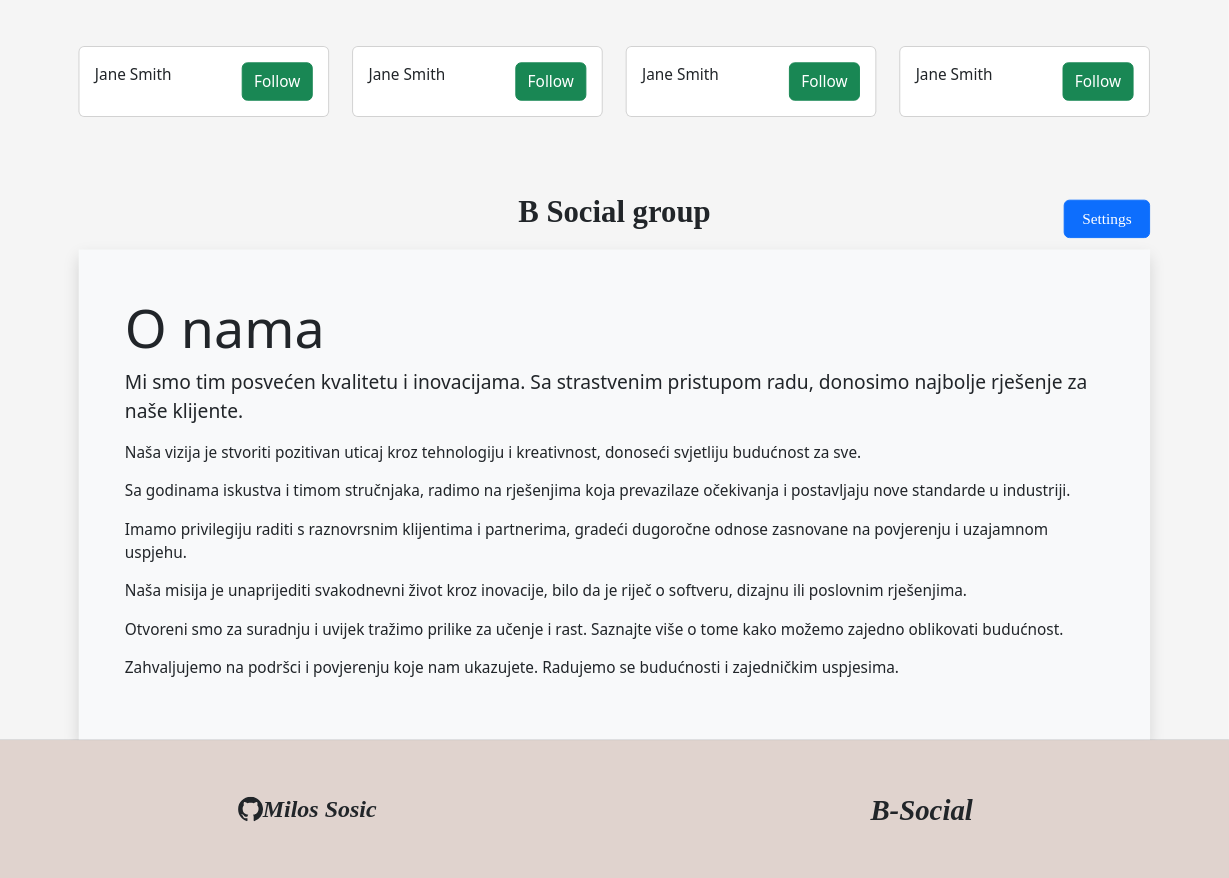
Repository: mcedo1/b-Social-app
Page: /aboutUs
The author's editor kept a copy of each file at every save. The page is drawn from the files as they stood at one save, then again after the next save.
The browser window is 1280 px wide. The pictures show the whole page, at 96% of full size.
The project was rebuilt for these pictures with package versions that can differ from the ones it lists, and the page was loaded fresh each time. Also part of the build but not shown: src/components/log.reg.component/Login.js, src/components/log.reg.component/Registration.js, src/components/submain.component/Submain.css, src/components/submain.component/Comment.js, src/components/submain.component/Modal.js, src/components/submain.component/Post.js, src/components/submain.component/followers.component/FollowerComponet.js, src/components/submain.component/Submain.js and 1 more.

Above is the page before, as saved 2024-02-03 15:03:28.

### src/index.js
import React from 'react';
import ReactDOM from 'react-dom/client';
import './index.css';
import App from './App';
import reportWebVitals from './reportWebVitals';
import {
  BrowserRouter as Router
} from "react-router-dom";
import 'bootstrap/dist/css/bootstrap.min.css';
import 'react-toastify/dist/ReactToastify.css';

const root = ReactDOM.createRoot(document.getElementById('root'));
root.render(
  <React.StrictMode>
    <Router>
      <App />
    </Router>
  </React.StrictMode>
);

// If you want to start measuring performance in your app, pass a function
// to log results (for example: reportWebVitals(console.log))
// or send to an analytics endpoint. Learn more: https://bit.ly/CRA-vitals
reportWebVitals();

### src/App.js
import './App.css';
import Footer from './components/footer.component/Footer';
import Login from './components/log.reg.component/Login';
import Registration from './components/log.reg.component/Registration';
import MainPage from './components/main.page.component/MainPage';
import WebSocket from 'websocket';
import { useEffect } from 'react';
import {
  Routes,
  Route,
} from "react-router-dom";
import AboutUsCommponent from './components/about.us.component/AboutUs';
import { ToastContainer } from 'react-toastify';


function App() {
//   useEffect(() => {
//     // Establish a WebSocket connection
//     const ws = new WebSocket('wss://localhost:8080');

//     // Set up event listeners
//     ws.onopen = () => {
//       console.log('WebSocket connection opened');
//     };

//     ws.onmessage = (event) => {
//       console.log('Received message:', event.data);
//       // Handle the incoming message
//     };

//     ws.onclose = () => {
//       console.log('WebSocket connection closed');
//     };

//     // Clean up the WebSocket connection when the component is unmounted
//     return () => {
//       ws.close();
//     };
//   }, []);


  return (
    <div className='App'>
      <div className="Main">
        <ToastContainer/>
        <Routes>
          <Route index path="/" element={<Login />} />
          <Route path="/reg" element={<Registration />} />
          <Route path="/main" element={<MainPage />} />
          <Route path='aboutUs' element={<AboutUsCommponent/>}/>
        </Routes>
      </div>
      <Footer/>
     </div>
  );
}

export default App;

### src/components/footer.component/Footer.js
import React from 'react'
import './Footer.css';

function Footer() {
  return (
      <div className='Footer'>
      <div className='Left'>
      <svg xmlns="http://www.w3.org/2000/svg" width="26" height="26" fill="currentColor" class="bi bi-github" viewBox="0 0 16 16">
  <path d="M8 0C3.58 0 0 3.58 0 8c0 3.54 2.29 6.53 5.47 7.59.4.07.55-.17.55-.38 0-.19-.01-.82-.01-1.49-2.01.37-2.53-.49-2.69-.94-.09-.23-.48-.94-.82-1.13-.28-.15-.68-.52-.01-.53.63-.01 1.08.58 1.23.82.72 1.21 1.87.87 2.33.66.07-.52.28-.87.51-1.07-1.78-.2-3.64-.89-3.64-3.95 0-.87.31-1.59.82-2.15-.08-.2-.36-1.02.08-2.12 0 0 .67-.21 2.2.82.64-.18 1.32-.27 2-.27s1.36.09 2 .27c1.53-1.04 2.2-.82 2.2-.82.44 1.1.16 1.92.08 2.12.51.56.82 1.27.82 2.15 0 3.07-1.87 3.75-3.65 3.95.29.25.54.73.54 1.48 0 1.07-.01 1.93-.01 2.2 0 .21.15.46.55.38A8.01 8.01 0 0 0 16 8c0-4.42-3.58-8-8-8"/>
</svg>
       <b> Milos Sosic</b>
      </div>
      <div className='Right'>
        <i>B-Social</i>
      </div>
    </div>
  )
}

export default Footer

### src/components/about.us.component/AboutUs.js
import React from "react";
import SideBar from "../main.page.component/sideBar";
import NewFollowers from "./NewFollowers";

const AboutUsCommponent = () => {
     return (
          <div style={{flex:1, justifyContent:'column'}}>
          <NewFollowers/>
               <div className="container mt-5">
                    <SideBar />
                    <div className="jumbotron bg-light p-5 shadow">
                         <h1 className="display-4">O nama</h1>
                         <p className="lead">
                              Mi smo tim posvećen kvalitetu i inovacijama. Sa
                              strastvenim pristupom radu, donosimo najbolje
                              rješenje za naše klijente.
                         </p>
                         <p>
                              Naša vizija je stvoriti pozitivan uticaj kroz
                              tehnologiju i kreativnost, donoseći svjetliju
                              budućnost za sve.
                         </p>
                         <p>
                              Sa godinama iskustva i timom stručnjaka, radimo na
                              rješenjima koja prevazilaze očekivanja i
                              postavljaju nove standarde u industriji.
                         </p>
                         <p>
                              Imamo privilegiju raditi s raznovrsnim klijentima
                              i partnerima, gradeći dugoročne odnose zasnovane
                              na povjerenju i uzajamnom uspjehu.
                         </p>
                         <p>
                              Naša misija je unaprijediti svakodnevni život kroz
                              inovacije, bilo da je riječ o softveru, dizajnu
                              ili poslovnim rješenjima.
                         </p>
                         <p>
                              Otvoreni smo za suradnju i uvijek tražimo prilike
                              za učenje i rast. Saznajte više o tome kako možemo
                              zajedno oblikovati budućnost.
                         </p>
                         <p>
                              Zahvaljujemo na podršci i povjerenju koje nam
                              ukazujete. Radujemo se budućnosti i zajedničkim
                              uspjesima.
                         </p>
                    </div>
               </div>
          </div>
     );
};

export default AboutUsCommponent;

### src/components/footer.component/Footer.css
.Footer {
  background-color: #e0d3ce;

  height: 20vh;
  display: flex;
  flex-direction: row;
  box-shadow: rgba(0, 0, 0, 0.02) 0px 1px 3px 0px,
    rgba(27, 31, 35, 0.15) 0px 0px 0px 1px;
}
.Left {
  flex: 1;
  display: flex;
  justify-content: center;
  align-items: center;
  font-size: 25px;
  font-family: "Times New Roman", Times, serif;
  font-style: italic;
}

.Left b:hover {
  cursor: pointer;
  font-size: 27px;
}

.Right {
  flex: 1;
  display: flex;
  justify-content: center;
  align-items: center;
  font-family: "Times New Roman", Times, serif;
  font-weight: 700;
  font-size: 30px;
}

.Right i:hover {
  cursor: pointer;
  font-size: 31px;
}

### src/components/log.reg.component/Login.css
.Login {
    flex: 1;
    display: flex;
    justify-content: center;
    align-items: center;
    background-color: #f3f3ef;
    box-shadow: rgba(0, 0, 0, 0.1) 0px 4px 12px;
    margin: 20px 0;
}

p:hover {
    cursor: default;
}

### src/API/Api.js
import axios from "axios";
import ApiConfig from "../config/apiconfig";

export default function api(path, body, method) {
     const requestDATA = {
          method: method,
          baseURL: ApiConfig.API_URL,
          url: path,
          data: body,
          headers: {
               "Content-Type": "application/json",
               Authorization: getToken(),
          },
     };

     return new Promise((resolve, reject) => {
          axios(requestDATA)
               .then((res) => responseHandler(res, resolve))
               .catch(async (error) => {
                    console.log(error.response.status, error.response.data)
                    if (error.response.status === 401) {
                         const response = {
                              status: "login Error",
                              data: error.response.data.message,
                         };

                         return resolve(response);
                    }

                    const response = {
                         status: "Conflict",
                         data: error.response.data.message,
                    };
                    resolve(response);
               });
     });
}

async function responseHandler(res, resolve) {

    if (res.status < 200 || res.status >= 300) {
          const response = {
               status: "service Error",
               data: res.data,
          };

          return resolve(response);
     }
     let response;
     if (res.data.errorStatus < 0)
          response = {
               status: "login Error",
               data: res.data,
          };
     else
          response = {
               status: "ok",
               data: res.data,
          };
     return resolve(response);
}

export function getToken() {
     const token = localStorage.getItem("api_token");
     return "Berer " + token;
}

export function saveToken(token) {
     localStorage.setItem("api_token", token);
}

export function saveIdentity(identity) {
     localStorage.setItem("api_identity", identity);
}

export function getIdentity() {
     return localStorage.getItem("api_identity");
}

export function delIdentity() {
     localStorage.removeItem('api_identity')
}
export function delToken() {
     localStorage.removeItem('api_token')
}

### src/components/main.page.component/MainPage.css
.MainPage {
    flex: 1;
    display: flex;
    flex-direction: column;
}


.Naslov {
    display: flex;
    justify-items: end;
    font-size: xx-large;
    font-weight: bolder;

    font-family: 'Lucida Sans', 'Lucida Sans Regular', 'Lucida Grande', 'Lucida Sans Unicode', Geneva, Verdana, sans-serif;
}
.Setting-button {
    flex: 1;
    display: flex;
    justify-content: end;
    align-items: center;
}

### src/components/main.page.component/sideBar.js
import React, { useState } from "react";
import Offcanvas from "react-bootstrap/Offcanvas";
import Button from "react-bootstrap/Button";
import { Link } from "react-router-dom";
import { useNavigate } from "react-router-dom";
import { delIdentity, delToken } from "../../API/Api";

function SideBar() {
     const [show, setShow] = useState(false);
     const navigate = useNavigate();
     const handleClose = () => setShow(false);
     const handleShow = () => setShow(true);

     const handleLogOut = () => {
          delIdentity()
          delToken()
          navigate("/");
     };

     return (
          <>
               <div className="Naslov">
                    <div style={{ flex: "1" }}></div>
                    <div>
                         <p style={{ fontFamily: "cursive" }}>B Social group</p>
                    </div>
                    <div className="Setting-button">
                         <Button
                              style={{
                                   width: "90px",
                                   height: "40px",
                                   fontFamily: "cursive",
                              }}
                              variant="primary"
                              onClick={handleShow}>
                              Settings
                         </Button>
                    </div>
                    <hr />
               </div>

               <Offcanvas show={show} onHide={handleClose}>
                    <Offcanvas.Header closeButton>
                         <Offcanvas.Title
                              style={{
                                   fontFamily: "cursive",
                                   fontSize: "35px",
                              }}>
                              B-social routes
                         </Offcanvas.Title>
                    </Offcanvas.Header>
                    <hr />
                    <Offcanvas.Body
                         style={{
                              display: "flex",
                              flexDirection: "column",
                              justifyContent: "space-between",
                         }}>
                         <div>
                              <p>
                                   <Link
                                        to={"/main"}
                                        style={{
                                             textDecoration: "none",
                                             fontFamily: "cursive",
                                             fontSize: "23px",
                                        }}>
                                        Main Panel
                                   </Link>
                              </p>
                              <p>
                                   <Link
                                        to={"/aboutUs"}
                                        style={{
                                             textDecoration: "none",
                                             fontFamily: "cursive",
                                             fontSize: "20px",
                                        }}>
                                        About Us!
                                   </Link>
                              </p>
                         </div>
                         <Button
                              style={{
                                   alignSelf: "end",
                                   fontFamily: "cursive",
                              }}
                              variant="danger"
                              onClick={handleLogOut}>
                              Sign Out!
                         </Button>
                    </Offcanvas.Body>
               </Offcanvas>
          </>
     );
}

export default SideBar;

### src/components/about.us.component/NewFollowers.js
import React from "react";
import { Button } from "react-bootstrap";


const NewFollowerCard = ({ firstName, lastName }) => {
    return (
        <div className="col-md-3"  style={{ height: '50px' }}>
        <div className="card">
          <div className="card-body col d-flex justify-content-between">
            <p>{firstName} {lastName}</p> <Button className="btn-success">Follow</Button>
          </div>
        </div>
      </div>
    );
  };
const NewFollowerComponent = () => {
    return (
      <div className="row d-flex flex-nowrap overflow-auto"  style={{ height: '80px' }}>
        <NewFollowerCard firstName="Jane" lastName="Smith" />
        <NewFollowerCard firstName="Jane" lastName="Smith" />
        <NewFollowerCard firstName="Jane" lastName="Smith" />
        <NewFollowerCard firstName="Jane" lastName="Smith" />
        <NewFollowerCard firstName="Jane" lastName="Smith" />
        <NewFollowerCard firstName="Jane" lastName="Smith" />
      </div>
    );
  };

function NewFollowers() {
    return (
        <div>
            <div className="container mt-5"  style={{ height: '100px' }}>
                <NewFollowerComponent/>
            </div>
        </div>
    );
}

export default NewFollowers;

### src/config/apiconfig.js

const ApiConfig = {
    API_URL: 'http://localhost:3001',
}

export default ApiConfig;

Loaded but not shown: public/index.html (common file); src/index.css (common file); src/reportWebVitals.js (common file); src/App.css (common file)

After the next save:
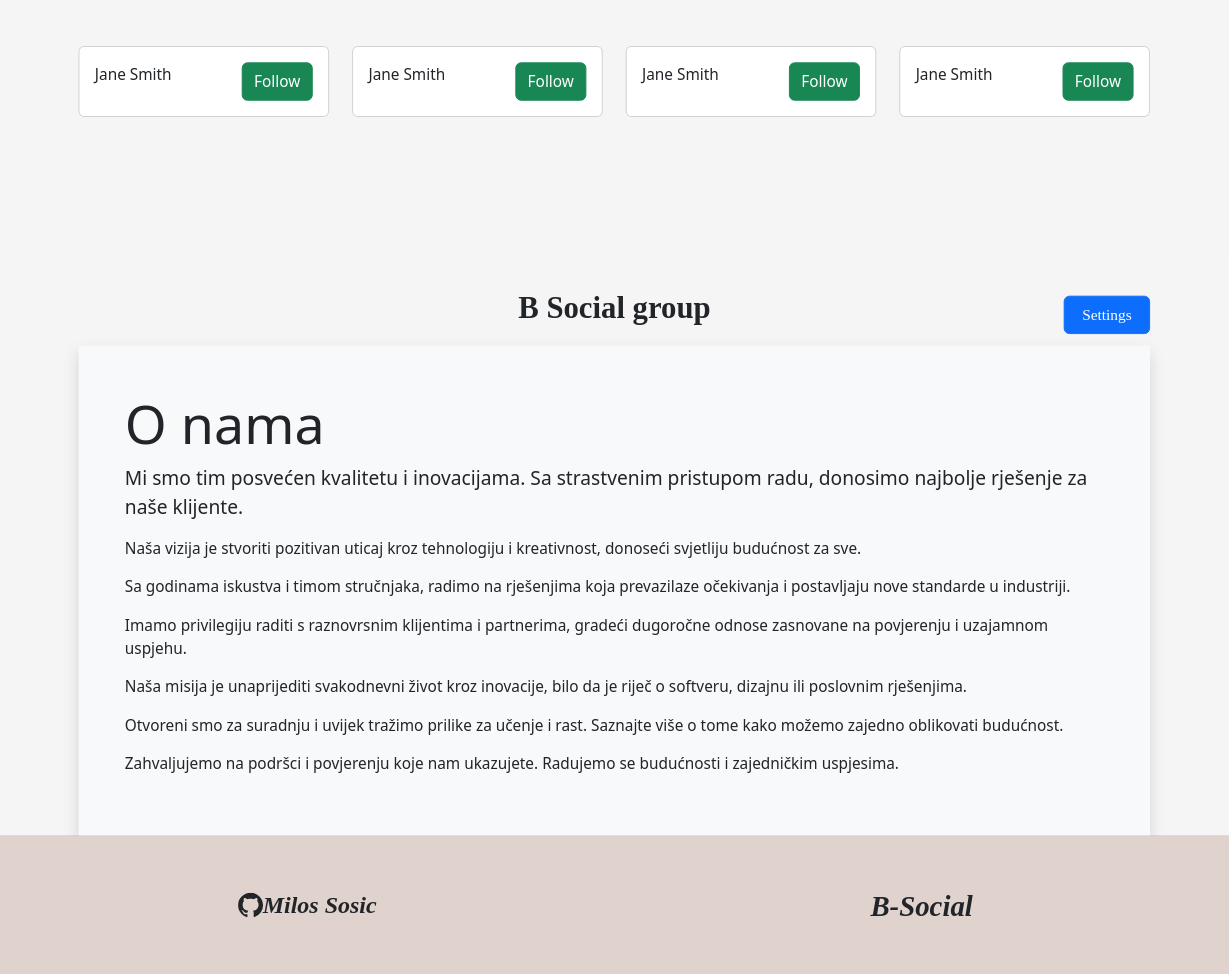
Saved 9 s later.
--- a/src/components/about.us.component/NewFollowers.js
+++ b/src/components/about.us.component/NewFollowers.js
@@ -29,7 +29,7 @@ const NewFollowerComponent = () => {
 function NewFollowers() {
     return (
         <div>
-            <div className="container mt-5"  style={{ height: '100px' }}>
+            <div className="container mt-5"  style={{ height: '200px' }}>
                 <NewFollowerComponent/>
             </div>
         </div>
